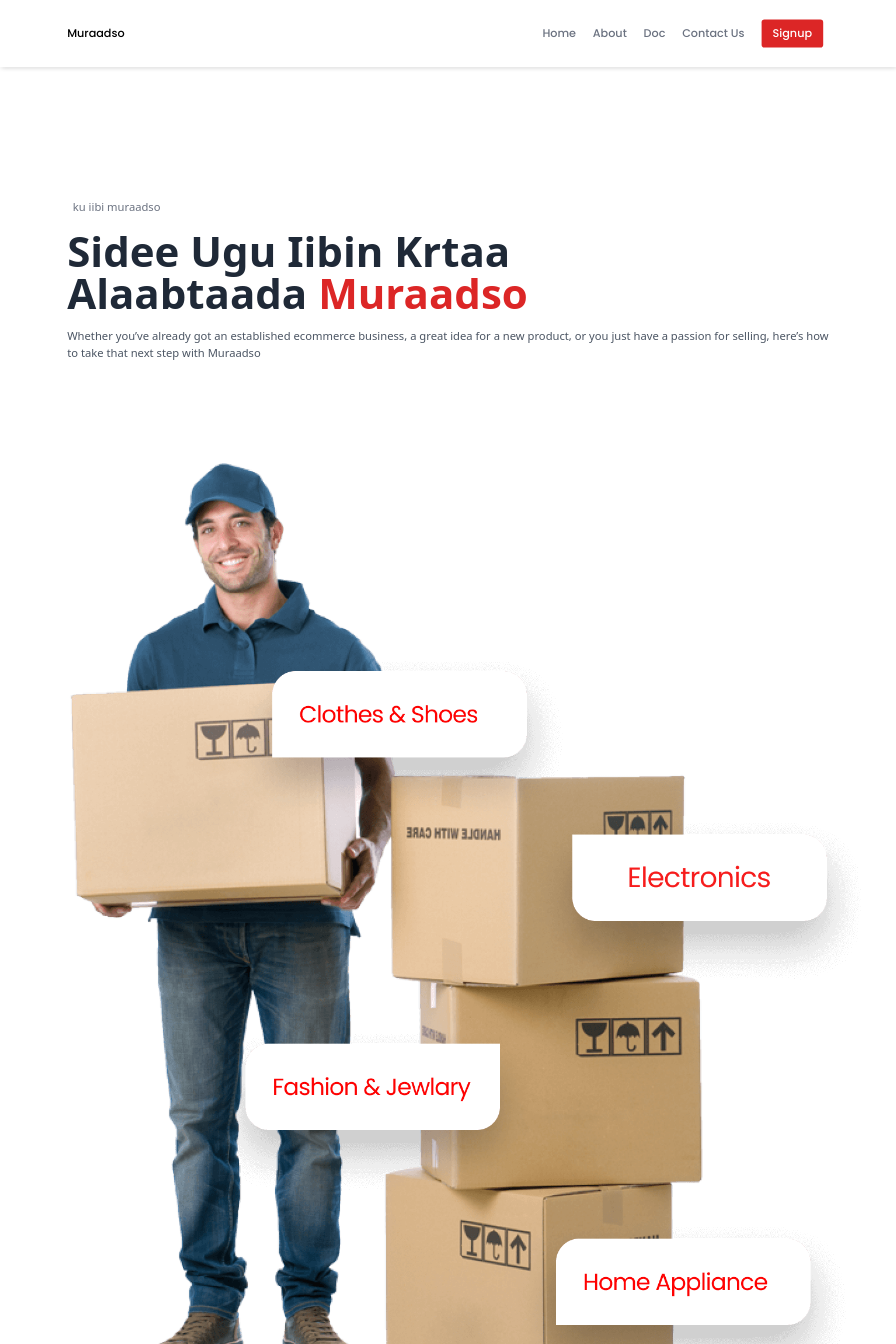
Repository: muraadso/Muraadso-Sellers
Page: /
These files come from the project's save history. The page is drawn as it stood at one moment and after the next save; the edit follows.
The browser window is 1280 px wide. The pictures show the part of the page from y = 0 to 1920 px (the page is 2647 px tall before and 2003 px after), at 70% of full size.
The project was rebuilt for these pictures with package versions that can differ from the ones it lists, and the page was loaded fresh each time. The framework's server and built-in components were replaced by stand-ins that run in the browser. Also part of the build but not shown: next.config.js.

Above is the page before, as saved 2021-12-05 19:44:45.

After the next save:
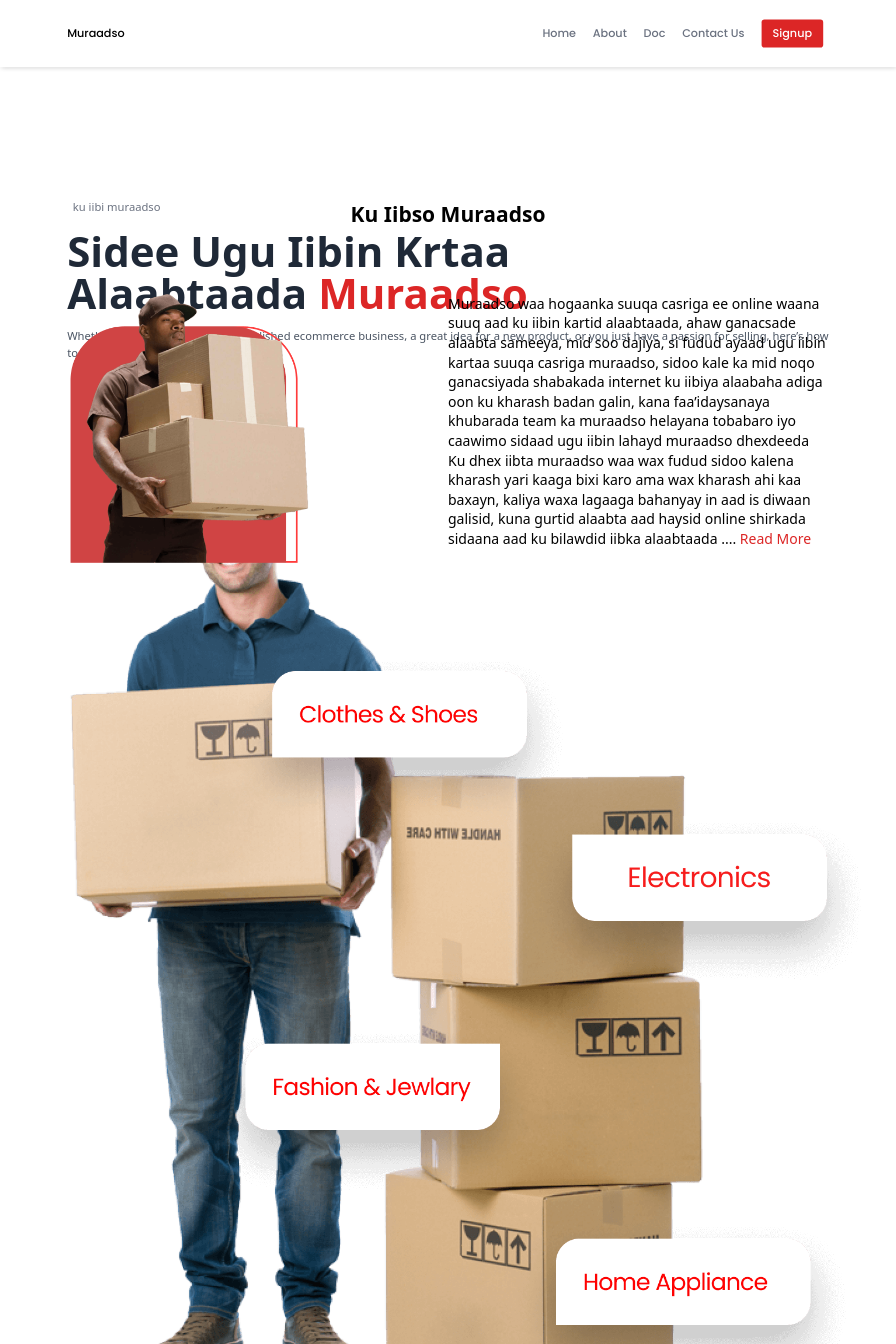
Saved 4 s later.
--- a/components/Hero.jsx
+++ b/components/Hero.jsx
@@ -1,6 +1,6 @@
 const Hero = () => {
     return (
-        <div className="grid-colmd:s-2 md:grid md:mt-11 h- hero">
+        <div className="h-5 grid-colmd:s-2 md:grid md:mt-11 hero">
                 <div className="px-16 py-36 herotxt">
                     <h6 className="px-2 font-medium text-gray-500">ku iibi muraadso</h6>
                     <h1 className="my-5 md:font-bold md:text-gray-800 md:capitalize lg:text-6xl">sidee ugu iibin krtaa <br /> alaabtaada <span className="md:text-red-600">muraadso </span></h1>

After the save that followed:
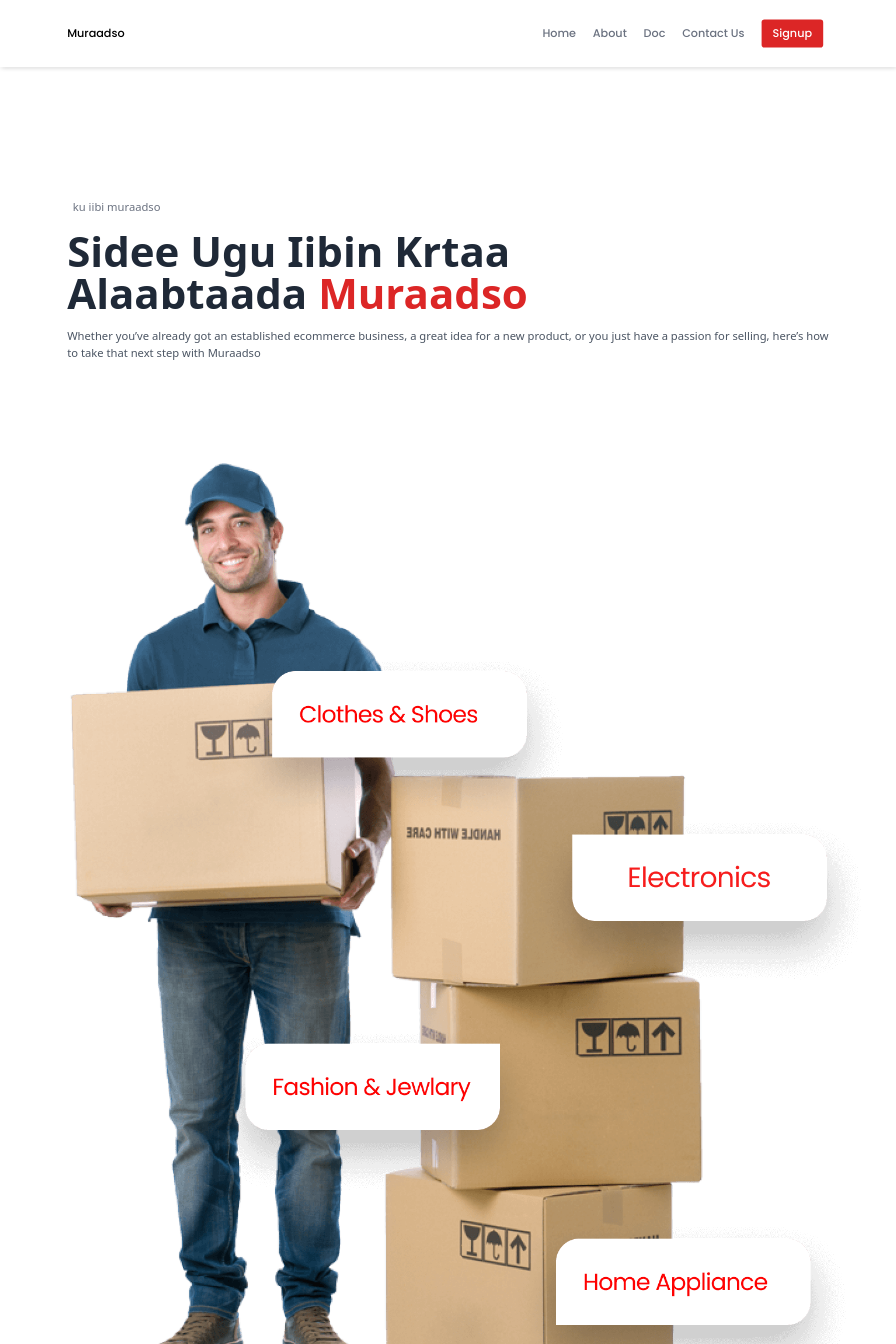
Saved 15 s later.
--- a/components/Hero.jsx
+++ b/components/Hero.jsx
@@ -1,6 +1,6 @@
 const Hero = () => {
     return (
-        <div className="h-5 grid-colmd:s-2 md:grid md:mt-11 hero">
+        <div className="grid-colmd:s-2 md:grid md:mt-11 hero">
                 <div className="px-16 py-36 herotxt">
                     <h6 className="px-2 font-medium text-gray-500">ku iibi muraadso</h6>
                     <h1 className="my-5 md:font-bold md:text-gray-800 md:capitalize lg:text-6xl">sidee ugu iibin krtaa <br /> alaabtaada <span className="md:text-red-600">muraadso </span></h1>
